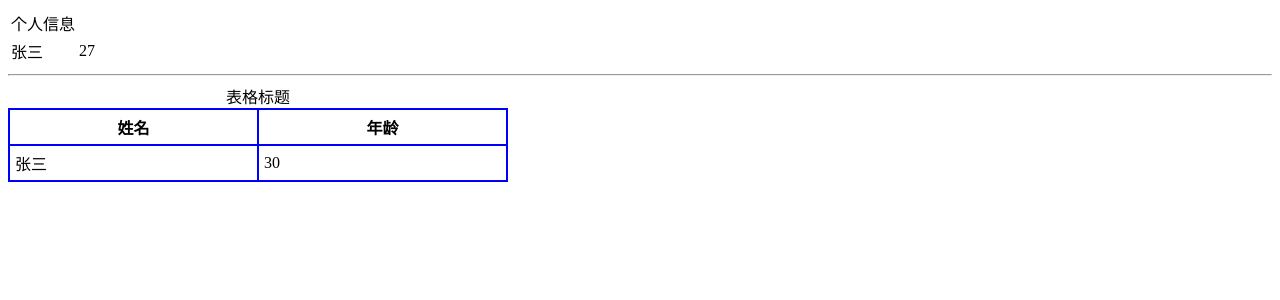
Repository: tangchengjingwen/javaLearningCode
Page: javaLearningCode/day29_html/table.html
An editor plug-in stored every save of this project. The page is shown before and after the next save, followed by the edit.
The browser window is 1280 px wide. The pictures show the whole page.

Above is the page before, as saved 2012-05-13 06:32:46.

After the next save:
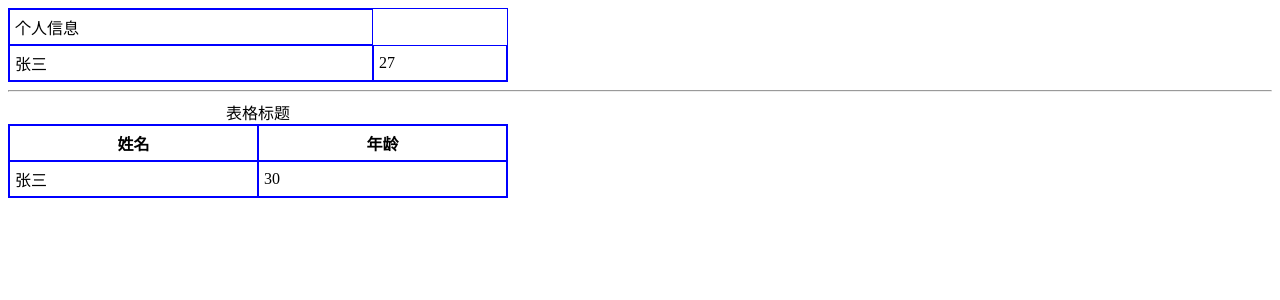
Saved 15 s later.
--- a/javaLearningCode/day29_html/table.html
+++ b/javaLearningCode/day29_html/table.html
@@ -6,7 +6,7 @@
 	</head>
 	<body>
 
-		<table>
+		<table border="1" bordercolor="blue" cellpadding="5" cellspacing="0" width="500">
 			<tr>
 				<td>个人信息</td>
 			</tr>
